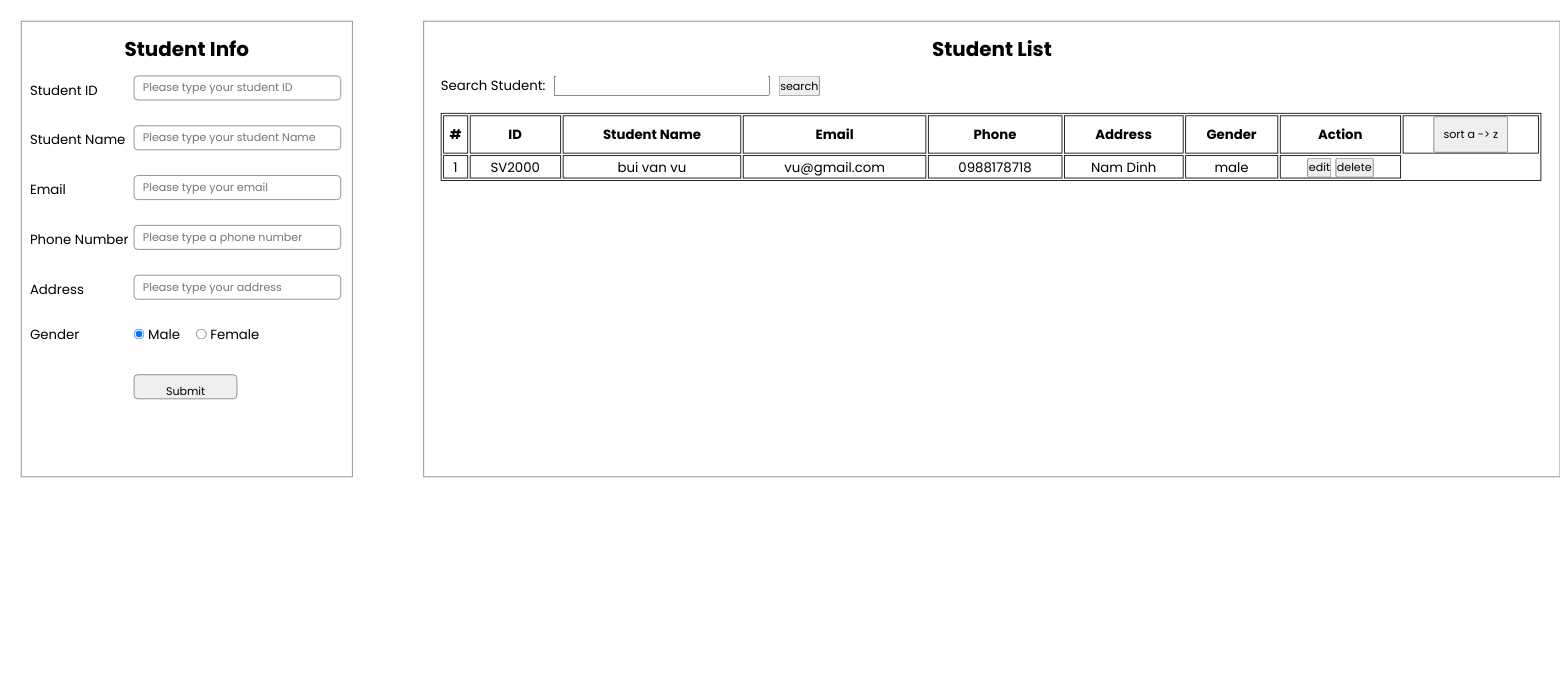
Repository: sSoRaK/ex-session15-dom-event
Page: ex-dom-event/student-management.html
These files come from the project's save history. The page is drawn as it stood at one moment and after the next save; the edit follows.
The browser window is 1280 px wide. The page is 1880 px wide, so the pictures cover 1880 px, including what lies to the right of the window. The pictures show the whole page, at 83% of full size.

Above is the page before, as saved 2023-06-24 20:04:12.

After the next save:
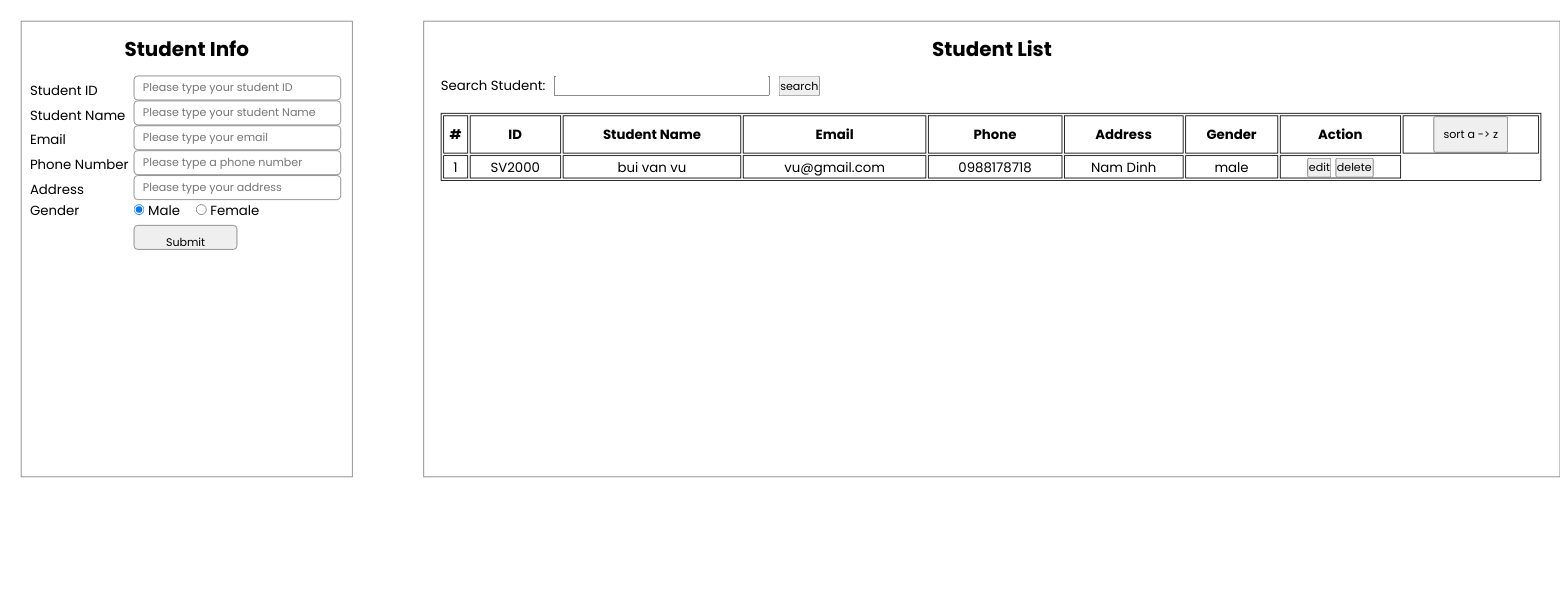
Saved 10 s later.
--- a/ex-dom-event/style/style.css
+++ b/ex-dom-event/style/style.css
@@ -26,7 +26,7 @@ body {
   display: grid;
   grid-template-columns: repeat(3, 125px);
   grid-template-rows: repeat(13, 30px);
-  row-gap: 30px;
+  /* row-gap: 30px; */
 }
 .form-student input {
   border: 0.5px solid gray;
